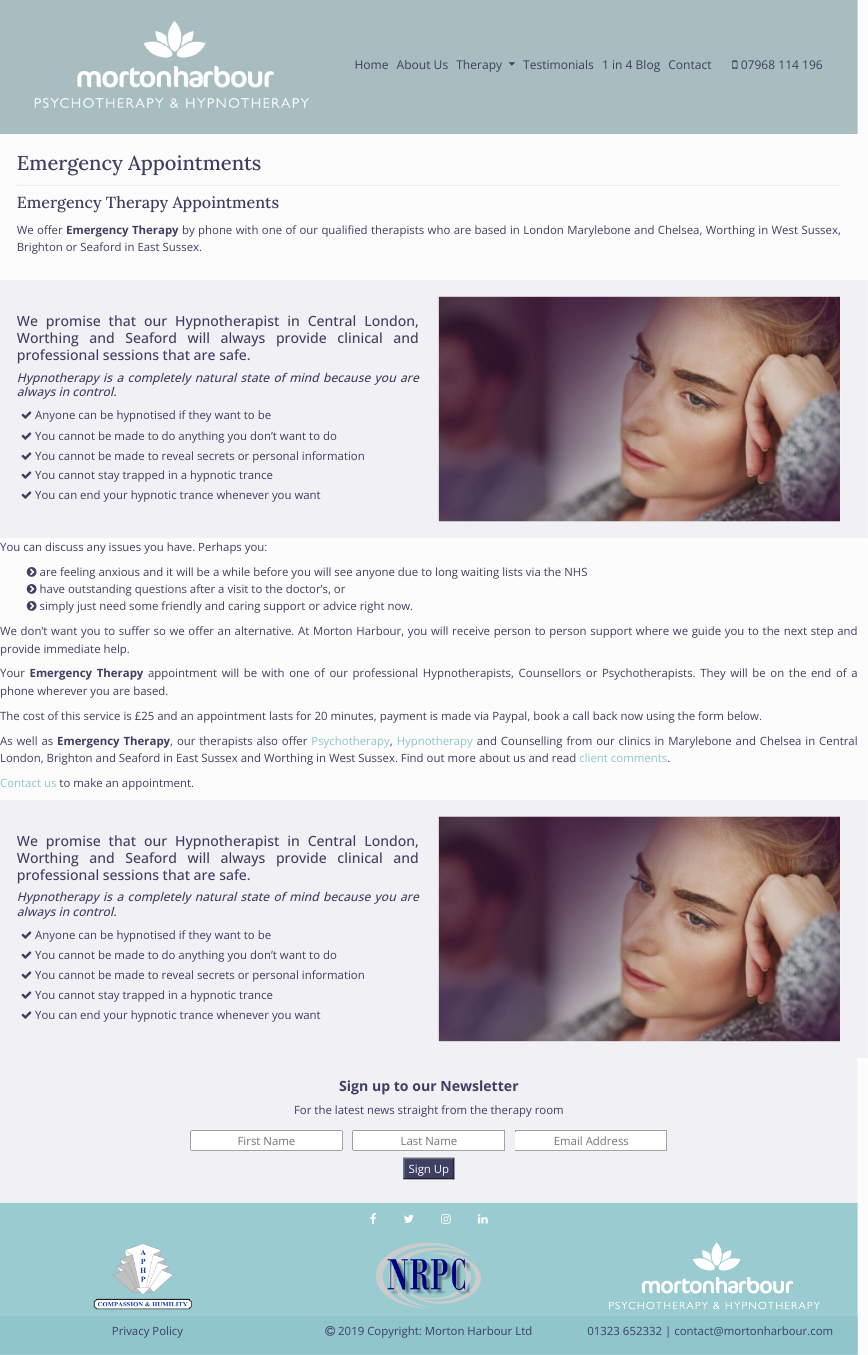
Repository: Code-Institute-Submissions/mortonharbour
Page: emergency therapy.html
The author's editor kept a record of every edit. The page is drawn from the files as they stood at one moment, then again after the next edit.
The browser window is 1280 px wide. The page is 1295 px wide, so the pictures cover 1295 px, including what lies to the right of the window. The pictures show the whole page, at 67% of full size.
Some web libraries are served in a nearby version.

Above is the page before.

### emergency therapy.html
<!DOCTYPE html>
<html lang="en">

<head>
    <meta charset="UTF-8">
    <meta name="viewport" content="width=device-width, initial-scale=1.0">
    <meta http-equiv="X-UA-Compatible" content="ie=edge">

    <!--Links to Bootstrap, JavaScript and FontAwesome cdn, customer style.css file-->
    <link rel="stylesheet" href="https://stackpath.bootstrapcdn.com/bootstrap/4.4.0/css/bootstrap.min.css" integrity="sha384-SI27wrMjH3ZZ89r4o+fGIJtnzkAnFs3E4qz9DIYioCQ5l9Rd/7UAa8DHcaL8jkWt" crossorigin="anonymous">
    <link rel="stylesheet" href="https://stackpath.bootstrapcdn.com/font-awesome/4.7.0/css/font-awesome.min.css" type="text/css" />
    <script src="https://code.jquery.com/jquery-3.2.1.slim.min.js" integrity="sha384-KJ3o2DKtIkvYIK3UENzmM7KCkRr/rE9/Qpg6aAZGJwFDMVNA/GpGFF93hXpG5KkN" crossorigin="anonymous"></script>
    <script src="https://cdnjs.cloudflare.com/ajax/libs/popper.js/1.11.0/umd/popper.min.js" integrity="sha384-b/U6ypiBEHpOf/4+1nzFpr53nxSS+GLCkfwBdFNTxtclqqenISfwAzpKaMNFNmj4" crossorigin="anonymous"></script>
    <script src="https://maxcdn.bootstrapcdn.com/bootstrap/4.0.0-beta/js/bootstrap.min.js" integrity="sha384-h0AbiXch4ZDo7tp9hKZ4TsHbi047NrKGLO3SEJAg45jXxnGIfYzk4Si90RDIqNm1" crossorigin="anonymous"></script>

    <link rel="stylesheet" href="assets/css/style.css" />

    <title>Emergency Therapy, London, Worthing, Brighton and Seaford</title>
</head>

<body>
    <header>
        <div class="container-fluid">
            <nav class="navbar navbar-expand-lg navbar-light">
                <a href="index.html" class="col-sm-4 logo"><span class="sr-only">Go to our home page</span></a>

                <button class="navbar-toggler" type="button" data-toggle="collapse" data-target="#navbarSupportedContent" aria-controls="navbarSupportedContent" aria-expanded="false" aria-label="Toggle navigation">
            <span class="navbar-toggler-icon"></span>
            </button>
                <div class="collapse navbar-collapse justify-content-end" id="navbarSupportedContent">
                    <ul class="navbar-nav">
                        <li class="nav-item active">
                            <a class="nav-link" href="index.html"><span class="sr-only">Go to our home page</span>Home</a>
                        </li>
                        <li class="nav-item active">
                            <a class="nav-link" href="about us.html"><span class="sr-only">Learn more about us</span>About Us</a>
                        </li>
                        <li class="nav-item dropdown">
                            <a class="nav-link dropdown-toggle" href="therapy.html" id="navbarDropdown" role="button" data-toggle="dropdown" aria-haspopup="true" aria-expanded="false">
                          Therapy
                        </a>
                            <div class="dropdown-menu" aria-labelledby="navbarDropdown">
                                <a class="dropdown-item" href="psychotherapy.html"><span class="sr-only">Find out about psychotherapy we offer</span>Psychotherapy</a>
                                <a class="dropdown-item" href="hypnotherapy.html"><span class="sr-only">Find out about hypnotherapy we offer</span>Hypnotherapy</a>
                                <a class="dropdown-item" href="emergency therapy.html"><span class="sr-only">Find out about the emergency appointments we can offer</span>Emergency Appointments</a>
                            </div>
                        </li>
                        <li class="nav-item active">
                            <a class="nav-link" href="testimonials.html"><span class="sr-only">Find out what our clients say</span>Testimonials</a>
                        </li>
                        <li class="nav-item active">
                            <a class="nav-link" href="1 in 4 blog.html"><span class="sr-only">1 in 4 Blog</span>1 in 4 Blog</a>
                        </li>
                        <li class="nav-item active">
                            <a class="nav-link" href="contact.html"><span class="sr-only">Contact Us</span>Contact</a>
                        </li>
                    </ul>
                </div>
                <span id="header-mobile"><a href="tel:#"><i class="fa fa-mobile" aria-hidden="true"></i>
                <span class="sr-only">Call us</span>07968 114 196</a>
                </span>
            </nav>
        </div>
    </header>

    <!------------------------------------------------------------Main content-->

    <section class="main-content-text">
        <div>
            <h1>Emergency Appointments</h1>
            <hr>
            <h2>Emergency Therapy Appointments</h2>
            <p>We offer <b>Emergency Therapy</b> by phone with one of our qualified therapists who are based in London Marylebone and Chelsea, Worthing in West Sussex, Brighton or Seaford in East Sussex.</p>
        </div>
    </section>

    <section>
            <div class="row therapy-call-out-section">
                <div class="col-sm-6 my-auto">
                    <p>
                        <h3>We promise that our Hypnotherapist in Central London, Worthing and Seaford will always provide clinical and professional sessions that are safe.</h3>
                        <h4><em>Hypnotherapy is a completely natural state of mind because you are always in control.</em></h4>
                        <ul class="list-symptoms">
                            <li><i class="fa fa-check" aria-hidden="true"></i> Anyone can be hypnotised if they want to be
                            </li>
                            <li><i class="fa fa-check" aria-hidden="true"></i> You cannot be made to do anything you don’t want to do
                            </li>
                            <li><i class="fa fa-check" aria-hidden="true"></i> You cannot be made to reveal secrets or personal information
                            </li>
                            <li><i class="fa fa-check" aria-hidden="true"></i> You cannot stay trapped in a hypnotic trance
                            </li>
                            <li><i class="fa fa-check" aria-hidden="true"></i> You can end your hypnotic trance whenever you want
                            </li>
                        </ul>
                </div>

                <div class="col-sm-6">
                    <img src="assets/images/emergency-call-out.PNG" class="therapy-call-out-image">
                    <span class="sr-only">image of girl</span>
                </div>
            </div>
    </section>


            <p>You can discuss any issues you have. Perhaps you:
                <ul>
                    <li><i class="fa fa-chevron-circle-right" aria-hidden="true"></i> are feeling anxious and it will be a while before you will see anyone due to long waiting lists via the NHS</li>
                    <li><i class="fa fa-chevron-circle-right" aria-hidden="true"></i> have outstanding questions after a visit to the doctor’s, or</li>
                    <li><i class="fa fa-chevron-circle-right" aria-hidden="true"></i> simply just need some friendly and caring support or advice right now.</li>
                </ul>
            </p>
            <p>We don’t want you to suffer so we offer an alternative. At Morton Harbour, you will receive person to person support where we guide you to the next step and provide immediate help.</p>
            <p>Your <b>Emergency Therapy</b> appointment will be with one of our professional Hypnotherapists, Counsellors or Psychotherapists. They will be on the end of a phone wherever you are based.</p>
            <p>The cost of this service is £25 and an appointment lasts for 20 minutes, payment is made via Paypal, book a call back now using the form below.</p>
            <p>As well as <b>Emergency Therapy</b>, our therapists also offer <a href="psychotherapy.html" class="website-links"><span class="sr-only">Find out about psychotherapy we offer</span>Psychotherapy</a>, <a href="hypnotherapy.html" class="website-links"><span class="sr-only">Find out about hypnotherapy we offer</span>Hypnotherapy</a>                and Counselling from our clinics in Marylebone and Chelsea in Central London, Brighton and Seaford in East Sussex and Worthing in West Sussex. Find out more about us and read <a href="testimonials.html" class="website-links"><span class="sr-only">Read what our clients say</span>client comments</a>.</p>
            <p><a href="contact.html" class="website-links"><span class="sr-only">Get in touch</span>Contact us</a> to make an appointment.</p>
    </section>

    <!------------------------------------------------------------<Call-out-section-->
    <section>
        <div class="row therapy-call-out-section">
            <div class="col-sm-6 my-auto">
                <p>
                    <h3>We promise that our Hypnotherapist in Central London, Worthing and Seaford will always provide clinical and professional sessions that are safe.</h3>
                    <h4><em>Hypnotherapy is a completely natural state of mind because you are always in control.</em></h4>
                    <ul class="list-symptoms">
                        <li><i class="fa fa-check" aria-hidden="true"></i> Anyone can be hypnotised if they want to be
                        </li>
                        <li><i class="fa fa-check" aria-hidden="true"></i> You cannot be made to do anything you don’t want to do
                        </li>
                        <li><i class="fa fa-check" aria-hidden="true"></i> You cannot be made to reveal secrets or personal information
                        </li>
                        <li><i class="fa fa-check" aria-hidden="true"></i> You cannot stay trapped in a hypnotic trance
                        </li>
                        <li><i class="fa fa-check" aria-hidden="true"></i> You can end your hypnotic trance whenever you want
                        </li>
                    </ul>
            </div>

            <div class="col-sm-6">
                <img src="assets/images/emergency-call-out.PNG" class="therapy-call-out-image">
                <span class="sr-only">image of girl</span>
            </div>
        </div>
    </section>

    <!------------------------------------------------------------<End of Call-out-section-->


    <!------------------------------------------------------------<Newsletter Sign Up-->
    <section>
        <div class="card testimonial-cards-rose newsletter-signup">
            <form action="#" method="post">
                <div class="div">
                    <h3><b>Sign up to our Newsletter</b></h3>
                    <p>For the latest news straight from the therapy room</p>
                </div>
                <fieldset>
                    <input type="text" name="Name" placeholder="First Name" id="first-name" required/>
                    <input type="text" name="Surname" placeholder="Last Name" id="last-name" required/>
                    <input type="email" name="Email" placeholder="Email Address" id="email-address" required/></br>
                </fieldset>
                <input type="button" value="Sign Up" id="submit-button" data-toggle="modal" data-target="#newsletterModal" />
            </form>
        </div>
        <div class="modal fade" id="newsletterModal" tabindex="-1" role="dialog" aria-labelledby="newsletterModalLabel" aria-hidden="true">
            <div class="modal-dialog" role="document">
                <div class="modal-content">
                    <div class="modal-body">
                        <p>Thank you for siging up to our newsletter.</br>
                            We have sent you an email to confirm your subscription.</p>
                        <button type="button" class="btn btn-secondary" data-dismiss="modal">Close</button>
                    </div>
                </div>
            </div>
        </div>
        </div>
    </section>
    <!------------------------------------------------------------<End of Newsletter Sign Up-->

    <footer class="container-fluid">
        <div class="row">
            <div class="col-sm-12">
                <ul class="list-inline text-center social-media-icons">
                    <li class="list-inline-item">
                        <a target="_blank" href="https://www.facebook.com/MortonHarbour/">
                            <i class="fa fa-facebook" aria-hidden="true"></i>
                            <span class="sr-only">Facebook opens in a new window</span>
                        </a>
                    </li>
                    <li class="list-inline-item">
                        <a target="_blank" href="https://twitter.com/mortonharbour">
                            <i class="fa fa-twitter" aria-hidden="true"></i>
                            <span class="sr-only">Twitter opens in a new window</span>
                        </a>
                    </li>
                    <li class="list-inline-item">
                        <a target="_blank" href="https://www.instagram.com/morton_harbour/">
                            <i class="fa fa-instagram" aria-hidden="true"></i>
                            <span class="sr-only">Instagram opens in a new window</span>
                        </a>
                    </li>
                    <li class="list-inline-item">
                        <a target="_blank" href="https://www.linkedin.com/in/magda-harbour-maphp-51b590b4/">
                            <i class="fa fa-linkedin" aria-hidden="true"></i>
                            <span class="sr-only">LinkedIn opens in a new window></span>
                        </a>
                    </li>
                </ul>
            </div>
        </div>
        <div class="row">
            <a href="https://www.aphp.co.uk/" target="_blank" class="col-sm-4 aphp-logo">
                <span class="sr-only">Visit the APHP website, opens in new window</span>
            </a>
            <a href="https://www.nrpc.co.uk/" target="_blank" class="col-sm-4 nrpc-logo">
                <span class="sr-only">Visit the NRPC website, opens in new window</span>
            </a>
            <a href="index.html" class="col-sm-4 footer-logo">
                <span class="sr-only">Go to our home page</span>
            </a>
        </div>
        <div class="row footer-end">
            <div class="col-sm-4 text-center footer-end-item">
                <a href="privacy policy.html" target="_blank"><span class="sr-only">Please read our privacy policy, opens in new window</span>Privacy Policy</a>
            </div>
            <div class="col-sm-4 text-center">
                <p><i class="fa fa-copyright" aria-hidden="true"></i> 2019 Copyright: Morton Harbour Ltd</p>
            </div>
            <div class="div col-sm-4 text-center footer-end-item">
                <address><a href="tel:+01323652332">01323 652332 | <span class="sr-only">contact number</span></a><a href="mailto:#">contact@mortonharbour.com
                    <span class="sr-only">email address</span>
                </a>
                </address>
            </div>
        </div>
    </footer>
</body>

</html>

Loaded but not shown: assets/css/style.css (594 lines, source omitted)

After the next edit:
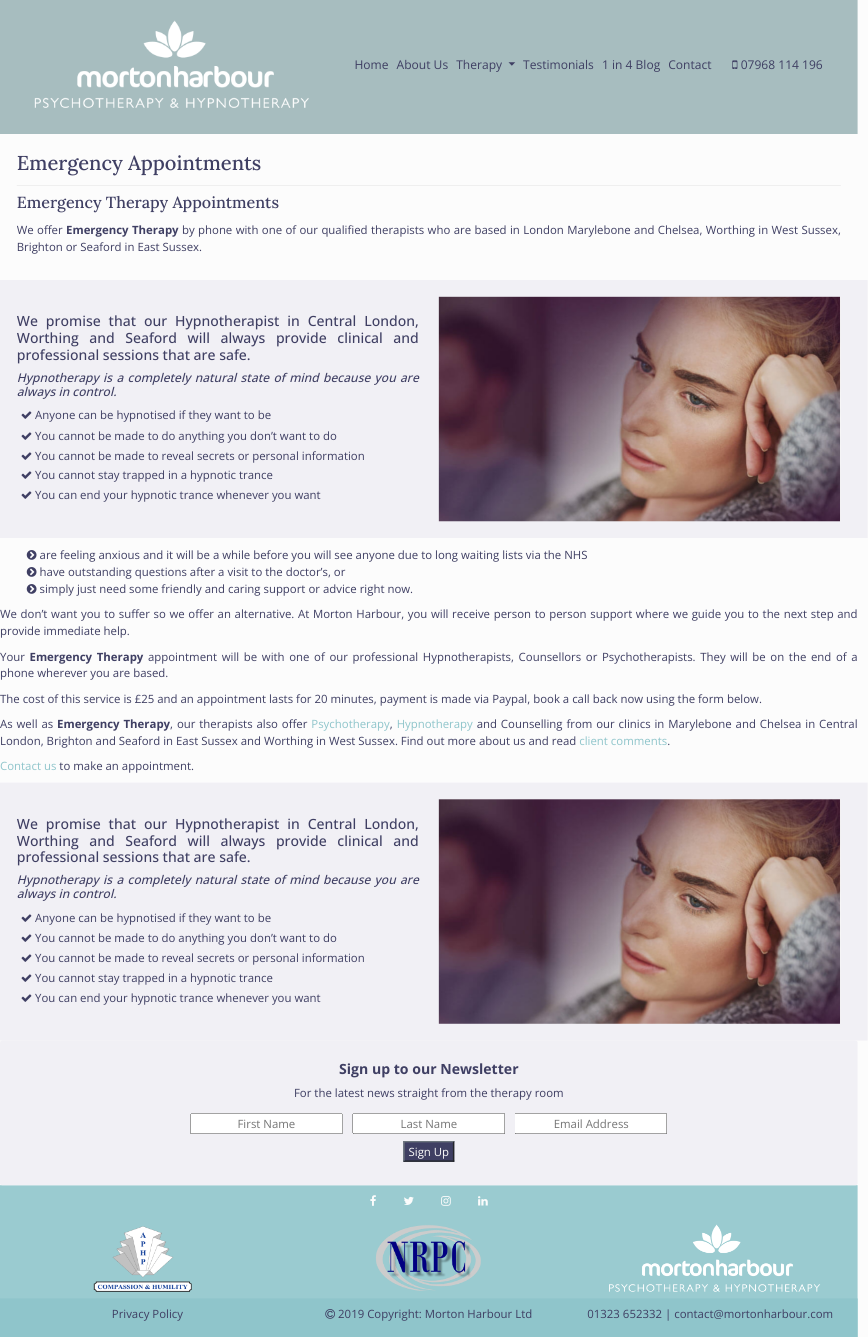
The edit:
--- a/emergency therapy.html
+++ b/emergency therapy.html
@@ -102,7 +102,7 @@
     </section>
 
 
-            <p>You can discuss any issues you have. Perhaps you:
+            <p>
                 <ul>
                     <li><i class="fa fa-chevron-circle-right" aria-hidden="true"></i> are feeling anxious and it will be a while before you will see anyone due to long waiting lists via the NHS</li>
                     <li><i class="fa fa-chevron-circle-right" aria-hidden="true"></i> have outstanding questions after a visit to the doctor’s, or</li>
